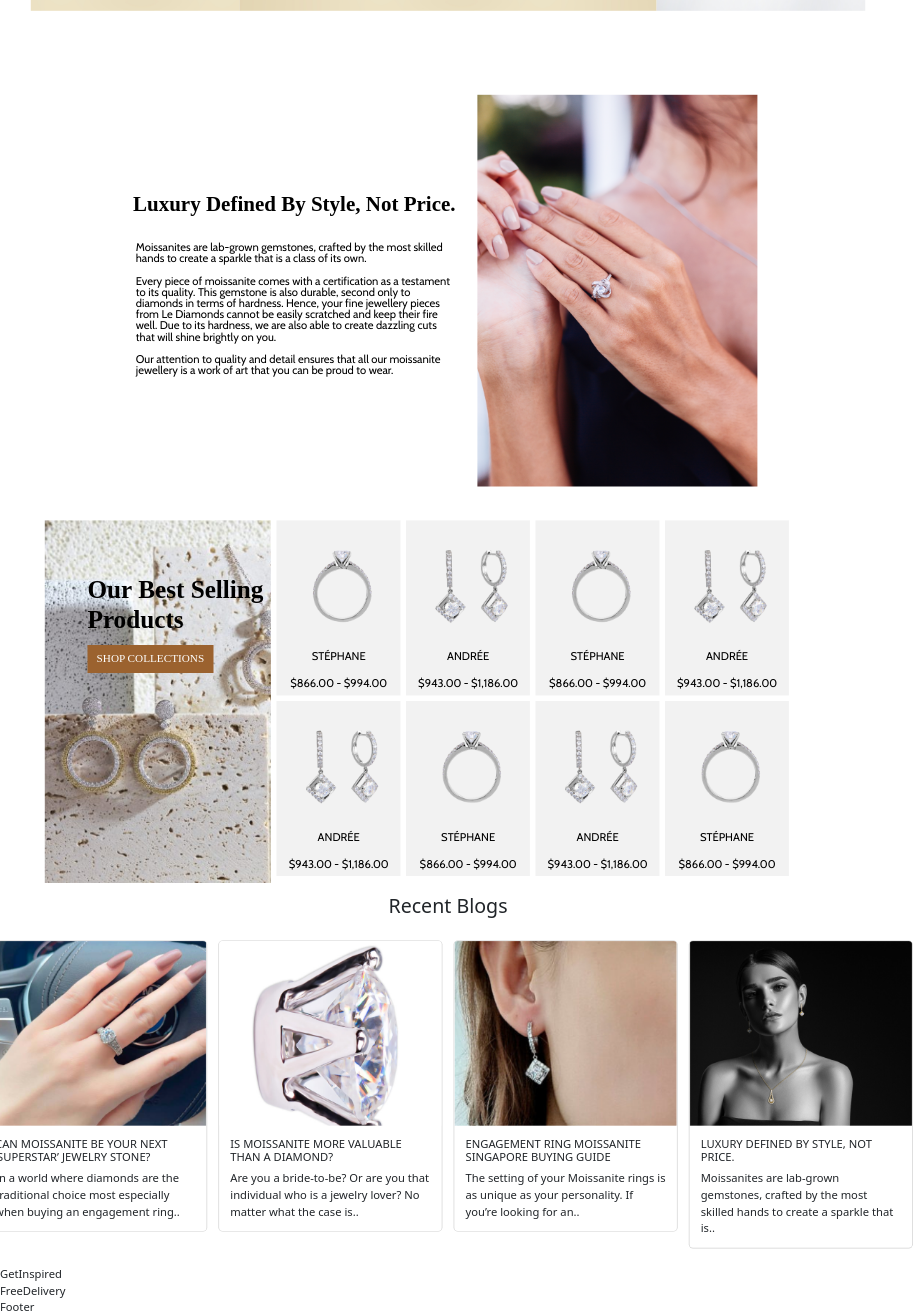
Repository: farrelmuhammad/lediamonds-vi8e
Page: /
An editor plug-in stored every save of this project. The page is shown before and after the next save, followed by the edit.
The browser window is 1280 px wide. The page is 1312 px wide, then 1292 px, so the pictures cover 1312 px, including what lies to the right of the window. The pictures show the part of the page from y = 1598 to 3478 px (the page is 3478 px tall before and 3470 px after), at 70% of full size.
The project was rebuilt for these pictures with package versions that can differ from the ones it lists, and the page was loaded fresh each time. Also part of the build but not shown: src/App.css.

Above is the page before, as saved 2022-09-17 15:25:17.

### src/index.css
@import url('https://fonts.googleapis.com/css2?family=Cabin:wght@400;500;600&display=swap');

body {
  margin: 0;
  font-family: -apple-system, BlinkMacSystemFont, 'Segoe UI', 'Roboto', 'Oxygen',
    'Ubuntu', 'Cantarell', 'Fira Sans', 'Droid Sans', 'Helvetica Neue',
    sans-serif;
  -webkit-font-smoothing: antialiased;
  -moz-osx-font-smoothing: grayscale;
}

code {
  font-family: source-code-pro, Menlo, Monaco, Consolas, 'Courier New',
    monospace;
}

.icons {
  color: #9B622F;
}

.content {
  justify-content: center;
}

.cat-1 {
  background: url("./assets/images/bg-1.png");
  height: 390px;
  width: 636px;
}

.cat-1 img {
  justify-content: center;
  width: 350px;
  height: 350px;
  margin-top: 1.5rem;
}

.cat-2 {
  background: url("./assets/images/bg-2.png");
  height: 390px;
  width: 636px;
}

.cat-2 img {
  width: 100%;
}

.cat-3 {
  background: url("./assets/images/bg-3.png");
  height: 390px;
  width: 636px;
}

.cat-3 img {
  width: 100%;
}

.cat-4 {
  background: url("./assets/images/bg-4.png");
  height: 390px;
  width: 636px;
}

.cat-4 img {
  justify-content: center;
  width: 350px;
  height: 350px;
  margin-top: 1.5rem;
}

.cat-5 {
  background: url("./assets/images/bg-5.png");
  height: 390px;
  width: 636px;
}

.cat-5 img {
  width: 100%;
}

.hero-content img {
  width: 400px;
  height: 560.68px;
  left: 883px;
  top: 1669px;
}

.container-hero {
  width: 100%;
  height: 516px;
  margin-bottom: 5rem;
  left: -1px;
  top: 95px;
  background: url("./assets/images/Banner.png") top left;
}

.banner {
  justify-content: center;
  padding: 11rem;
}

.text-banner-top {
  margin-left: -29.5rem;
  font: 400 1.5rem Cabin, sans-serif;
}

.text-title-banner {
  font: 500 64px Playfair Display;
}

.text-paragraph-banner {
font-family: 'Cabin';
font-style: normal;
font-weight: 500;
font-size: 12px;
line-height: 15px;
color: #868686;
}

.line {
  width: 25.02px;
height: 1px;
left: 85px;
top: 254.5px;
/* justify-content: center; */
background: #000000;
}

.button-hero {
  justify-content: left;
  width: 175px;
  height: 40px;
  background: #9B622F;
}

.title-category {
  justify-content: center;
}

.text-cat h5 {
  font-family: 'Cabin';
font-style: normal;
font-weight: 700;
font-size: 16px;
line-height: 17px;
color: #000000;
}

.text-cat p {
  font-family: 'Cabin';
  font-style: normal;
  font-weight: 400;
  font-size: 14px;
  line-height: 17px;
  text-decoration-line: underline;
  color: #000000;
}

.text-product h5 {
  font-family: 'Playfair Display';
font-style: normal;
font-weight: 550;
font-size: 30px;
color: #000000;
}

.text-product p {
  font-family: 'Cabin';
font-style: normal;
font-weight: 300;
font-size: 16px;
line-height: 22px;
color: #000000;
}

.best-sell {
  justify-content: left;
}

.left-col {
  background: url("./assets/images/best-sell.png");
  width: 412px;
height: 518px;
left: 85px;
top: 2330px;
margin-left: 4rem;
}

.text-best-sell {
  position: absolute;
width: 266px;
height: 84px;
left: 125px;
top: 2420px;

font-family: 'Playfair Display';
font-style: normal;
font-weight: 600;
font-size: 36px;
line-height: 42px;
/* or 117% */

text-transform: capitalize;

color: #000000;
}

.text-best-sell .button-hero {
  justify-content: left;
  width: 180px;
  height: 40px;
  background: #9B622F;
}

.card-product {
  background: url("./assets/images/bg-product.png");
  width: 100%;
height: 250px;
}

.card-product img {
  width: 180px;
  height: 180px;
  left: 513px;
  top: 2330px;
}

### src/App.js
import logo from './logo.svg';
import './App.css';
import Homepage from './pages/Homepage';

function App() {
  return (
    <>
      <Homepage />
    </>
  );
}

export default App;

### src/pages/Homepage.jsx
import React from "react";
import BestSelling from "../components/BestSelling";
import Blogs from "../components/Blogs";
import Category from "../components/Category";
import Content from "../components/Content";
import Footer from "../components/Footer";
import FreeDelivery from "../components/FreeDelivery";
import GetInspired from "../components/GetInspired";
import Header from "../components/Header";
import Jumbotron from "../components/Jumbotron";
import Products from "../components/Products";

const Homepage = () => {
  return (
    <>
      <Header />
      <Jumbotron />
      <Content />
      <Category />
      <Products />
      <BestSelling />
      <Blogs />
      <GetInspired />
      <FreeDelivery />
      <Footer />
    </>
  );
};

export default Homepage;

### src/components/BestSelling.jsx
import React from "react";
import product1 from "../assets/images/product-5.png";
import product2 from "../assets/images/product-2.png";

const BestSelling = () => {
  return (
    <>
      <div class="d-flex justify-content-center mb-3">
        <div class="p-2 bd-highlight left-col">
          <div className="text-best-sell">
            <p>our Best Selling Products</p>
            <div class="d-flex button-hero">
              <a href="#about" class="btn text-white">
                SHOP COLLECTIONS
              </a>
            </div>
          </div>
        </div>
        <div class="p-0 ms-2 flex-grow-1 bd-highlight">
          <div class="container">
            <div class="row row-cols-5">
              <div class="col p-1 me-2 mb-2 card-product">
                <img src={product1} alt="product 1" />
                <div className="text-product text-center">
                  <p>STÉPHANE</p>
                  <p>$866.00 - $994.00</p>
                </div>
              </div>
              <div class="col p-1 me-2 mb-2 card-product">
                <img src={product2} alt="product 2" />
                <div className="text-product text-center">
                  <p>ANDRÉE</p>
                  <p>$943.00 - $1,186.00</p>
                </div>
              </div>
              <div class="col p-1 me-2 mb-2 card-product">
                <img src={product1} alt="product 1" />
                <div className="text-product text-center">
                  <p>STÉPHANE</p>
                  <p>$866.00 - $994.00</p>
                </div>
              </div>
              <div class="col p-1 me-2 mb-2 card-product">
                <img src={product2} alt="product 2" />
                <div className="text-product text-center">
                  <p>ANDRÉE</p>
                  <p>$943.00 - $1,186.00</p>
                </div>
              </div>
              <div class="col p-1 me-2 mb-2 card-product">
                <img src={product2} alt="product 2" />
                <div className="text-product text-center">
                  <p>ANDRÉE</p>
                  <p>$943.00 - $1,186.00</p>
                </div>
              </div>
              <div class="col p-1 me-2 mb-2 card-product">
                <img src={product1} alt="product 1" />
                <div className="text-product text-center">
                  <p>STÉPHANE</p>
                  <p>$866.00 - $994.00</p>
                </div>
              </div>
              <div class="col p-1 me-2 mb-2 card-product">
                <img src={product2} alt="product 2" />
                <div className="text-product text-center">
                  <p>ANDRÉE</p>
                  <p>$943.00 - $1,186.00</p>
                </div>
              </div>
              <div class="col p-1 me-2 mb-2 card-product">
                <img src={product1} alt="product 1" />
                <div className="text-product text-center">
                  <p>STÉPHANE</p>
                  <p>$866.00 - $994.00</p>
                </div>
              </div>
            </div>
          </div>
        </div>
      </div>
    </>
  );
};

export default BestSelling;

### src/components/Blogs.jsx
import React from "react";
import Blog1 from "../assets/images/blog-1.png";
import Blog2 from "../assets/images/blog-2.png";
import Blog3 from "../assets/images/blog-3.png";
import Blog4 from "../assets/images/blog-4.png";

const Blogs = () => {
  return (
    <>
      <div className="text-center mt-3 mb-4">
        <h3 className="text-title-blog">Recent Blogs</h3>
      </div>
      <div class="d-flex flex-row justify-content-center mb-3">
        <div class="p-2 bd-highlight">
          <div class="card" style={{ width: "20rem" }}>
            <img src={Blog1} class="card-img-top" alt="..." />
            <div class="card-body">
              <h6 class="card-title">
                CAN MOISSANITE BE YOUR NEXT ‘SUPERSTAR’ JEWELRY STONE?
              </h6>
              <p class="card-text">
                In a world where diamonds are the traditional choice most
                especially when buying an engagement ring..
              </p>
            </div>
          </div>
        </div>
        <div class="p-2 bd-highlight">
          <div class="card" style={{ width: "20rem" }}>
            <img src={Blog2} class="card-img-top" alt="..." />
            <div class="card-body">
              <h6 class="card-title">
                IS MOISSANITE MORE VALUABLE THAN A DIAMOND?
              </h6>
              <p class="card-text">
                Are you a bride-to-be? Or are you that individual who is a
                jewelry lover? No matter what the case is..
              </p>
            </div>
          </div>
        </div>
        <div class="p-2 bd-highlight">
          <div class="card" style={{ width: "20rem" }}>
            <img src={Blog3} class="card-img-top" alt="..." />
            <div class="card-body">
              <h6 class="card-title">
                ENGAGEMENT RING MOISSANITE SINGAPORE BUYING GUIDE
              </h6>
              <p class="card-text">
                The setting of your Moissanite rings is as unique as your
                personality. If you’re looking for an..
              </p>
            </div>
          </div>
        </div>
        <div class="p-2 bd-highlight">
          <div class="card" style={{ width: "20rem" }}>
            <img src={Blog4} class="card-img-top" alt="..." />
            <div class="card-body">
              <h6 class="card-title">LUXURY DEFINED BY STYLE, NOT PRICE.</h6>
              <p class="card-text">
                Moissanites are lab-grown gemstones, crafted by the most skilled
                hands to create a sparkle that is..
              </p>
            </div>
          </div>
        </div>
      </div>
    </>
  );
};

export default Blogs;

### src/components/Category.jsx
import React from "react";
import product1 from "../assets/images/product-1.png";
import product2 from "../assets/images/product-2.png";
import product3 from "../assets/images/product-3.png";
import product4 from "../assets/images/product-4.png";
import product5 from "../assets/images/product-5.png";
import product6 from "../assets/images/product-6.png";

const Category = () => {
  return (
    <>
      <div class="d-flex flex-column bd-highlight justify-content-center text-center mb-3 p-5">
        <div class="p-2 pb-0 bd-highlight">
          <div class="row">
            <div class="col-md-6 text-start cat-1">
              <div class="row">
                <div class="col">
                  <img src={product1} />
                </div>
                <div class="col title-category">
                  <h5>NEW JEWELLERY DESIGN</h5>
                  <p>SHOP NOW</p>
                </div>
              </div>
            </div>
            <div class="col-6 col-md-6">
              <div class="row">
                <div class="col cat-2 text-start">
                  <img src={product2} />
                  <div className="text-cat mt-4">
                    <h5>NEW JEWELLERY DESIGN</h5>
                    <p>SHOP NOW</p>
                  </div>
                </div>
                <div class="col cat-3 text-start">
                  <img src={product3} />
                  <div className="text-cat mt-4">
                    <h5>NEW JEWELLERY DESIGN</h5>
                    <p>SHOP NOW</p>
                  </div>
                </div>
              </div>
            </div>
          </div>
        </div>
        <div class="p-2 pt-0 bd-highlight">
          <div class="row">
            <div class="col text-start cat-3">
              <img src={product4} />
              <div className="text-cat mt-5">
                <h5>NEW JEWELLERY DESIGN</h5>
                <p>SHOP NOW</p>
              </div>
            </div>
            <div class="col-md-6 cat-4">
              <div class="row">
                <div class="col">
                  <img src={product5} />
                </div>
                <div class="col">
                  <h5>NEW JEWELLERY DESIGN</h5>
                  <p>SHOP NOW</p>
                </div>
              </div>
            </div>
            <div class="col cat-5 text-start">
              <img src={product6} />
              <div className="text-cat mt-4">
                <h5>NEW JEWELLERY DESIGN</h5>
                <p>SHOP NOW</p>
              </div>
            </div>
          </div>
        </div>
      </div>
    </>
  );
};

export default Category;

### src/components/Content.jsx
import React from "react";
import {
  FaTruck,
  FaHandshake,
  FaHandHoldingHeart,
  FaCreditCard,
} from "react-icons/fa";

const Content = () => {
  return (
    <>
      {/* <div className="d-flex justify-content-center"> */}
      <div className="row d-flex justify-content-center text-center m-1 p-3 content">
        <div className="col">
          <h5 class="icon-title">
            <FaTruck className="icons me-2 mb-1" />
            FREE DELIVERY
          </h5>
          <p class="icon-caption ms-4 ps-1">For orders over $199</p>
        </div>
        <div className="col">
          <h5 class="icon-title">
            <FaHandshake className="icons me-2 mb-1" />
            30 DAYS RETURN
          </h5>
          <p class="icon-caption ms-4 ps-1">No questions asked</p>
        </div>
        <div className="col">
          <h5 class="icon-title">
            <FaHandHoldingHeart className="icons me-2 mb-1" />
            ETHICALLY MADE
          </h5>
          <p class="icon-caption ms-4 ps-1">From sustainable sources</p>
        </div>
        <div className="col">
          <h5 class="icon-title">
            <FaCreditCard className="icons me-2 mb-1" />
            SECURE PAYMENTS
          </h5>
          <p class="icon-caption ms-4 ps-1 ms-4 ps-1">For a seamless checkout</p>
        </div>
      </div>
      {/* </div> */}
    </>
  );
};

export default Content;

### src/components/FreeDelivery.jsx
import React from 'react'

const FreeDelivery = () => {
  return (
    <div>FreeDelivery</div>
  )
}

export default FreeDelivery

### src/components/GetInspired.jsx
import React from 'react'

const GetInspired = () => {
  return (
    <div>GetInspired</div>
  )
}

export default GetInspired

### src/components/Header.jsx
import React from "react";
import Logo from "../assets/images/Logo.png";
import { FaShoppingCart, FaUserAlt } from "react-icons/fa";

const Header = () => {
  return (
    <>
      <nav className="navbar navbar-expand-lg navbar-light bg-light">
        <div className="container-fluid">
          <a className="navbar-brand ms-5" href="#">
            <img src={Logo} alt="Le Diamonds" />
          </a>
          <button
            className="navbar-toggler"
            type="button"
            data-bs-toggle="collapse"
            data-bs-target="#navbarSupportedContent"
            aria-controls="navbarSupportedContent"
            aria-expanded="false"
            aria-label="Toggle navigation"
          >
            <span className="navbar-toggler-icon"></span>
          </button>
          <div className="collapse navbar-collapse" id="navbarSupportedContent">
            <ul className="navbar-nav me-auto mb-2 mb-lg-0">
              <li className="nav-item ms-5">
                <a className="nav-link active" aria-current="page" href="#">
                  Collections
                </a>
              </li>
              <li className="nav-item ms-5">
                <a className="nav-link" href="#">
                  Blogs
                </a>
              </li>
              <li className="nav-item ms-5">
                <a className="nav-link" href="#">
                  Our Story
                </a>
              </li>
            </ul>
            <div className="d-flex">
              <ul className="navbar-nav me-auto mb-2 mb-lg-0">
                <li className="nav-item m-3">
                  FREE DELIVERY FOR ORDERS ABOVE $199
                </li>
                <li className="nav-item icons m-3">
                  <FaShoppingCart />
                </li>
                <li className="nav-item icons m-3">
                  <FaUserAlt />
                </li>
              </ul>
            </div>
          </div>
        </div>
      </nav>
    </>
  );
};

export default Header;

### src/components/Jumbotron.jsx
import React from "react";

const Jumbotron = () => {
  return (
    <>
      <div class="container-hero">
        <div className="banner">
          <div className="row">
            <div className="col">
              <div className="line text-center m-2 p-0"></div>
            </div>
            <div className="col">
              <h5 className="text-banner-top">MORE THAN JUST JEWELLERY</h5>
            </div>
          </div>
          <h2 className="text-title-banner">Elegance & Eternity.</h2>
          <p className="text-paragraph-banner">FINELY CRAFTED LAB-GROWN MOISSANITE JEWELLERY</p>
          <div class="d-flex button-hero">
            <a href="#about" class="btn text-white text-center">
              SHOP COLLECTIONS
            </a>
          </div>
        </div>
      </div>
    </>
  );
};

export default Jumbotron;

### src/components/Products.jsx
import React from "react";
import Hero1 from "../assets/images/hero-1.png"

const Products = () => {
  return (
    <section id="about" class="about section-bg">
      <div class="container" data-aos="fade-up">
        <div class="row ms-5 p-5 justify-content-center">
          <div
            class="col-lg-6 pt-4 pt-lg-0 content d-flex flex-column justify-content-center text-product"
            data-aos="fade-up"
            data-aos-delay="100"
          >
            <h5>Luxury Defined By Style, Not Price.</h5>
            <p className="mt-4 p-1 lh-1">
              Moissanites are lab-grown gemstones, crafted by the most skilled
              hands to create a sparkle that is a class of its own.
              <br />
              <br />
              Every piece of moissanite comes with a certification as a
              testament to its quality. This gemstone is also durable, second
              only to diamonds in terms of hardness. Hence, your fine jewellery
              pieces from Le Diamonds cannot be easily scratched and keep their
              fire well. Due to its hardness, we are also able to create
              dazzling cuts that will shine brightly on you.
              <br />
              <br />
              Our attention to quality and detail ensures that all our
              moissanite jewellery is a work of art that you can be proud to
              wear.
            </p>
          </div>
          <div class="col-lg-6 hero-content" data-aos="fade-right" data-aos-delay="100">
            <img src={Hero1} class="img-fluid" alt="" />
          </div>
        </div>
      </div>
    </section>
  );
};

export default Products;

Loaded but not shown: public/index.html (common file); src/index.js (common file); src/reportWebVitals.js (common file); src/components/Footer.jsx (common file)

After the next save:
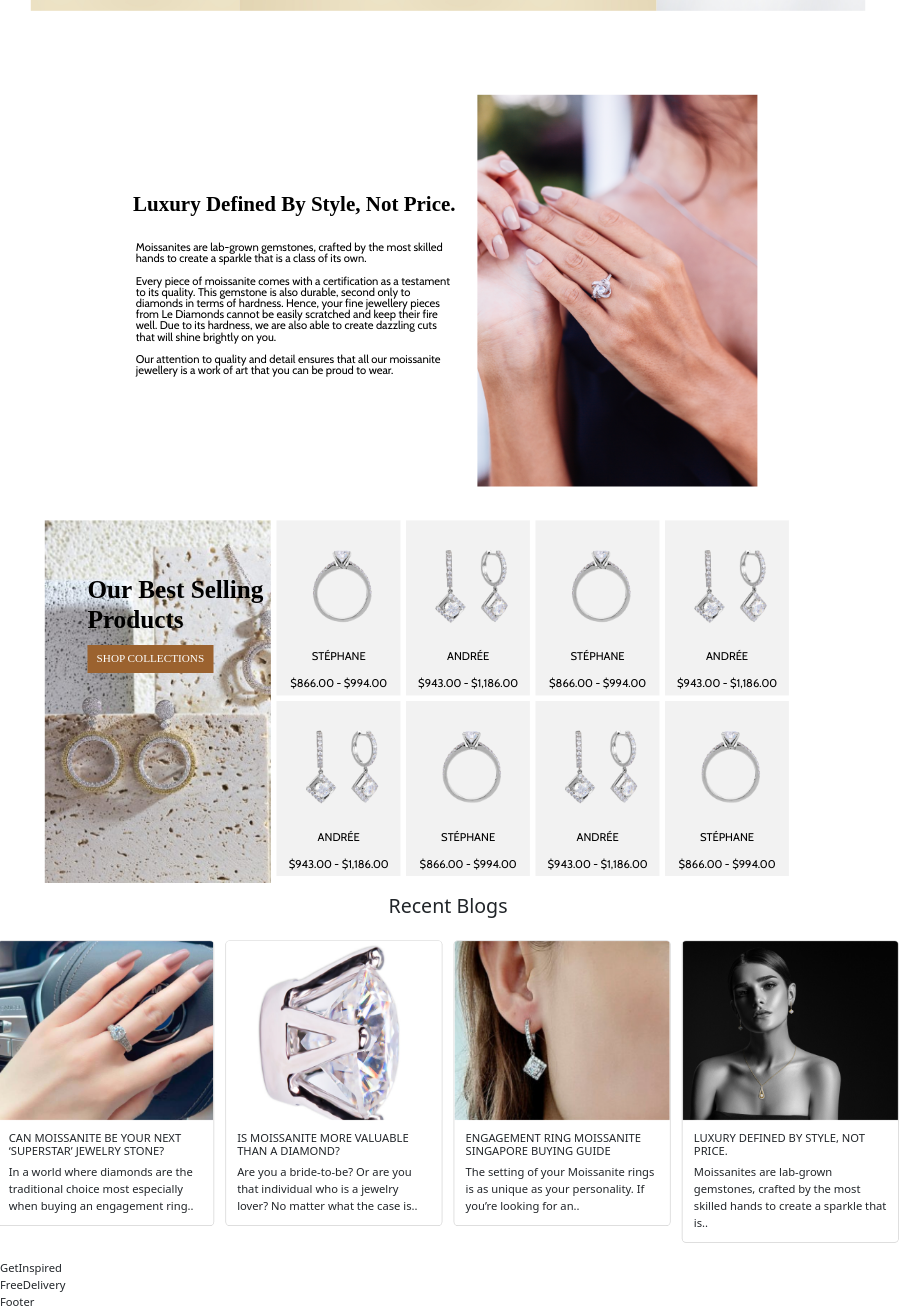
Saved 27 s later.
--- a/src/components/Blogs.jsx
+++ b/src/components/Blogs.jsx
@@ -12,7 +12,7 @@ const Blogs = () => {
       </div>
       <div class="d-flex flex-row justify-content-center mb-3">
         <div class="p-2 bd-highlight">
-          <div class="card" style={{ width: "20rem" }}>
+          <div class="card" style={{ width: "310.22px" }}>
             <img src={Blog1} class="card-img-top" alt="..." />
             <div class="card-body">
               <h6 class="card-title">
@@ -26,7 +26,7 @@ const Blogs = () => {
           </div>
         </div>
         <div class="p-2 bd-highlight">
-          <div class="card" style={{ width: "20rem" }}>
+          <div class="card" style={{ width: "310.22px" }}>
             <img src={Blog2} class="card-img-top" alt="..." />
             <div class="card-body">
               <h6 class="card-title">
@@ -40,7 +40,7 @@ const Blogs = () => {
           </div>
         </div>
         <div class="p-2 bd-highlight">
-          <div class="card" style={{ width: "20rem" }}>
+          <div class="card" style={{ width: "310.22px" }}>
             <img src={Blog3} class="card-img-top" alt="..." />
             <div class="card-body">
               <h6 class="card-title">
@@ -54,7 +54,7 @@ const Blogs = () => {
           </div>
         </div>
         <div class="p-2 bd-highlight">
-          <div class="card" style={{ width: "20rem" }}>
+          <div class="card" style={{ width: "310.22px" }}>
             <img src={Blog4} class="card-img-top" alt="..." />
             <div class="card-body">
               <h6 class="card-title">LUXURY DEFINED BY STYLE, NOT PRICE.</h6>
